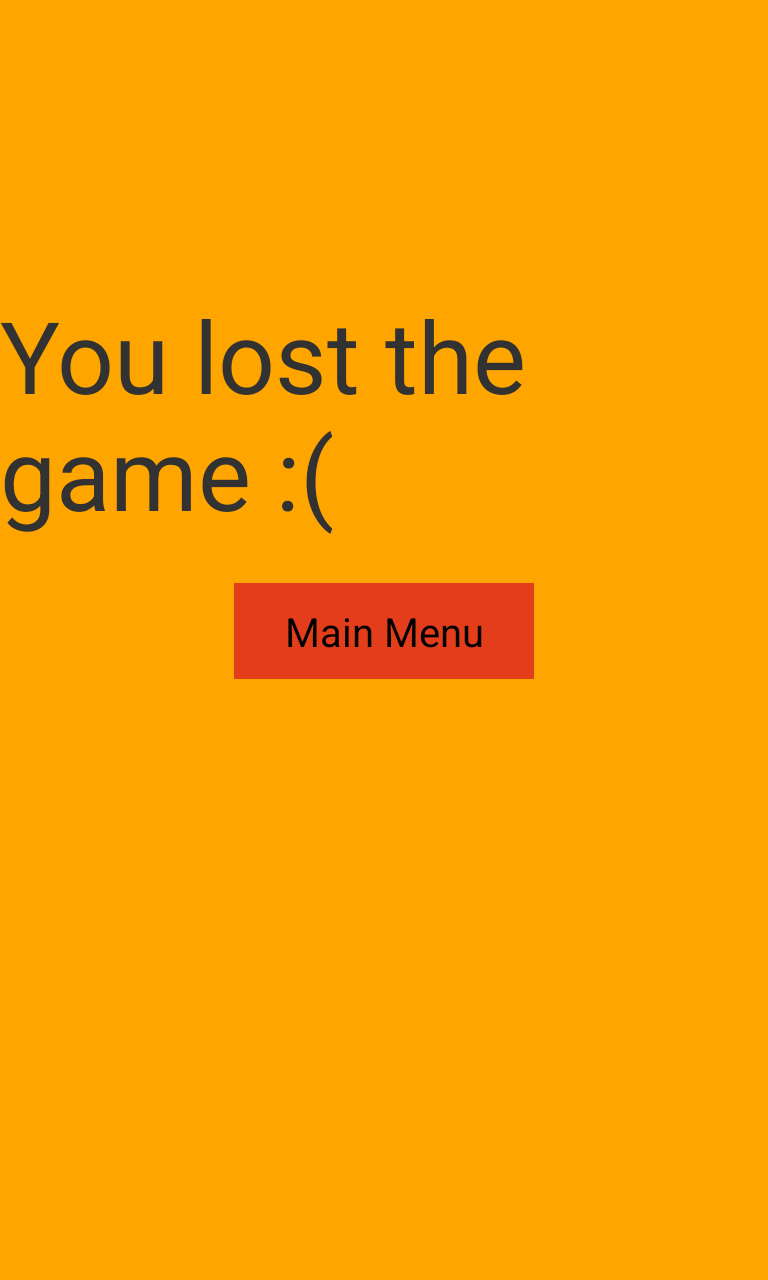
Repository: nidafarooqui/Trading-Game-Version-3
Layout: TaikunServer/res/layout/activity_game_lost.xml
The author's editor kept a copy of each file at every save. The layout is drawn from the files as they stood at one save, then again after the next save.
It is drawn on a 768 x 1280 px phone screen (xhdpi) without system bars, with theme AppTheme; the app's code is not run.

Above is the layout before, as saved 2014-08-17 18:44:24.

After the next save:
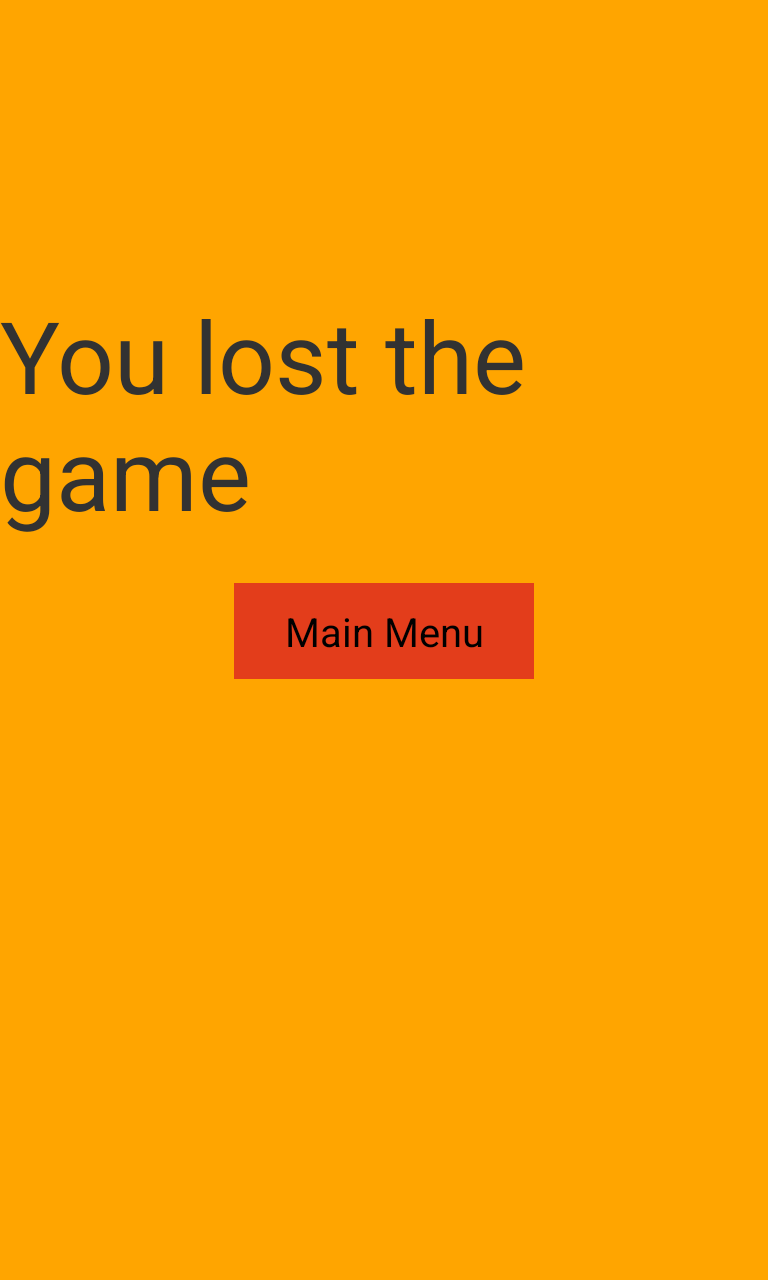
Saved 18 s later.
--- a/TaikunServer/res/layout/activity_game_lost.xml
+++ b/TaikunServer/res/layout/activity_game_lost.xml
@@ -25,7 +25,7 @@
         android:layout_alignParentTop="true"
         android:layout_centerHorizontal="true"
         android:layout_marginTop="144dp"
-        android:text="You lost the game :("
+        android:text="You lost the game"
         android:textSize="50sp" />
 
 </RelativeLayout>
